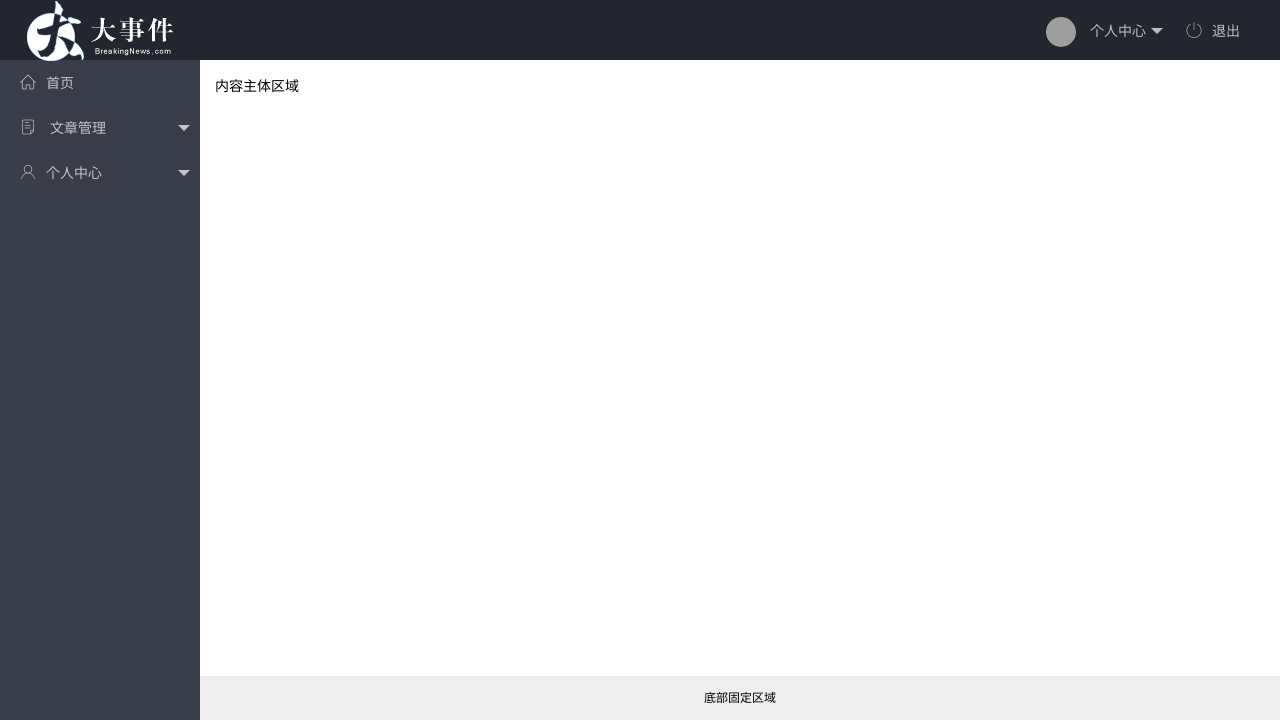
Repository: lithronmatic/web_bigbigevent
Page: index.html
The author's editor kept a copy of each file at every save. The page is drawn from the files as they stood at one save, then again after the next save.
The browser window is 1280 px wide. The pictures show the whole page.
Pictures or frames that could not be fetched are drawn as grey boxes. The page's requests for data from a server got no answer.

Above is the page before, as saved 2022-09-03 09:15:21.

### index.html
<!DOCTYPE html>
<html lang="en">

<head>
    <meta charset="UTF-8">
    <meta http-equiv="X-UA-Compatible" content="IE=edge">
    <meta name="viewport" content="width=device-width, initial-scale=1.0">
    <title>后台主页</title>
    <link rel="stylesheet" href="./assets/lib/layui/css/layui.css">
    <link rel="stylesheet" href="./assets/fonts/iconfont.css">
    <link rel="stylesheet" href="./assets/css/index.css">
</head>

<body>
    <div class="layui-layout layui-layout-admin">
        <div class="layui-header">
            <div class="layui-logo">
                <img src="./assets/images/logo.png" alt="">
            </div>
            <!-- 头部区域（可配合layui 已有的水平导航） -->
            <ul class="layui-nav layui-layout-right">
                <li class="layui-nav-item layui-hide layui-show-md-inline-block">
                    <a href="javascript:;">
                        <img src="//tva1.sinaimg.cn/crop.0.0.118.118.180/5db11ff4gw1e77d3nqrv8j203b03cweg.jpg"
                            class="layui-nav-img">
                        个人中心
                    </a>
                    <dl class="layui-nav-child">
                        <dd><a href="">基本资料</a></dd>
                        <dd><a href="">更换头像</a></dd>
                        <dd><a href="">重置密码</a></dd>
                    </dl>
                </li>
                <li class="layui-nav-item">
                    <a href="javascript:;">
                        <span class="iconfont icon-tuichu"></span>退出
                    </a>
                </li>
            </ul>
        </div>

        <div class="layui-side layui-bg-black">
            <div class="layui-side-scroll">
                <!-- 左侧导航区域（可配合layui已有的垂直导航） -->
                <ul class="layui-nav layui-nav-tree" lay-shrink="all" lay-filter="test">
                    <li class="layui-nav-item">
                        <a href="javascript:;"><span class="iconfont icon-home"></span>首页</a>
                    </li>
                    <li class="layui-nav-item">
                        <a class="" href="javascript:;"><span class="iconfont icon-16"></span>
                            文章管理
                        </a>
                        <dl class="layui-nav-child">
                            <dd><a href="javascript:;"><i class="layui-icon layui-icon-app"></i>文章类别</a></dd>
                            <dd><a href="javascript:;"><i class="layui-icon layui-icon-app"></i>文章列表</a></dd>
                            <dd><a href="javascript:;"><i class="layui-icon layui-icon-app"></i>发布文章</a></dd>
                        </dl>
                    </li>
                    <li class="layui-nav-item">
                        <a href="javascript:;"><span class="iconfont icon-user"></span>个人中心</a>
                        <dl class="layui-nav-child">
                            <dd><a href="javascript:;">基本资料</a></dd>
                            <dd><a href="javascript:;">更换头像</a></dd>
                            <dd><a href="javascript:;">重置密码</a></dd>
                        </dl>
                    </li>
                </ul>
            </div>
        </div>

        <div class="layui-body">
            <!-- 内容主体区域 -->
            <div style="padding: 15px;">内容主体区域</div>
        </div>

        <div class="layui-footer">
            <!-- 底部固定区域 -->
            底部固定区域
        </div>
    </div>

    <!-- 导入layui.js文件 -->
    <script src="./assets/lib/layui/layui.all.js"></script>
    <!-- 导入jquery -->
    <script src="./assets/lib/jquery.js"></script>
    <!-- 导入baseAPI -->
    <script src="./assets/js/baseAPI.js"></script>
    <!-- 导入自己的js -->
    <script src="./assets/js/index.js"></script>
</body>

</html>

### assets/css/index.css
/* .iconfont{
    margin-right:8px;
}

.layui-icon{
    margin-right:8px;
    margin-left:20px;
}

iframe{
    width: 100%;
    height: 100%;
}

.layui-body{
    overflow: hidden;
}

a{
    transition: none!important;
}

.userinfo{
    height:60px;
    line-height: 60px;
    text-align: center;
    border-bottom:1px solid #282b33;

}

#welcome{
    color:#fff;
    font-size: 12px;
    /* 禁止用户选中 */
    /* user-select: none;
} */

/* .layui-nav-img{
    width:40px;
    height:40px;
}

.text-avatar{
    display: inline-block;
    width: 40px;
    height:40px;
    font-size: 20px;
    background-color: #009688;
    text-align: center;
    line-height: 40px;
    border-radius: 50%;
    position:relative;
    top:4px;
    margin-right: 10px;
}  */

.layui-footer{
    text-align: center;
    font-size: 12px;
}
.iconfont{
    margin-right:10px;
}
.layui-icon{
    margin-right:10px;
}

### assets/js/baseAPI.js
// 在调用$.get()或$.post()或$.ajax()之前，都会先调用
// $.ajaxPrefilter这个函数
$.ajaxPrefilter(function(options){
    // console.log(options.url);//
    // 在发起真正的Ajax请求之前，统一拼接请求的根路径
    options.url = "http://www.liulongbin.top:3007" + options.url;
})

### assets/js/index.js
// $(function(){
//     getUserInfo();
// })

// var layer = layui.layer;
// // 获取用户的基本信息
// function getUserInfo(){
//     $.ajax({
//         method:'GET',
//         url:'/my/userinfo',
//         // headers就是请求头配置对象
//         headers:{
//             Authorization:localStorage.getItem('token') || ""
//         },
//         success:function(res){
//            if(res.status!==0){
//              return layui.layer.msg('获取用户信息失败!');
//            }
//         //调用renderAvatar 渲染用户的头像
//         renderAvatar(res.data);
//         }
//     })
// }

// // 渲染用户的头像
// function renderAvatar(user){
//     // 1.获取用户名称
//     var name = user.nickname || user.username;
//     // 2.设置欢迎的文本
//     $('#welcome').html('欢迎&nbsp;&nbsp;'+ name);
//     // 3.按需渲染用户的头像
//     if(user.user_pic!==null){
//         // 3.1渲染图片头像
//         $(".layui-nav-img").attr('src',user.user_pic).show();
//         // 让文本头像隐藏
//         $(".text-avatar").hide();
//     }else{
//         // 3.2渲染文本头像
//         // 让图片头像隐藏
//         $(".layui-nav-img").hide();
//         //渲染文本头像
//         var first = name[0].toUpperCase();
//         $(".text-avatar").html(first).show();
//     }
// }

$(function(){
    getUserInfo()

})

// 获取用户基本信息
function getUserInfo(){
    $.ajax({
        type:'GET',
        url:'/my/userinfo',
        // headers 请求头配置对象
        headers:{
            Authorization:localStorage.getItem('token')
        },
        success:function(res){
            if(res.status!=0){
                return layui.layer.msg('获取用户信息失败!')
            }
            // 调用renderAvatar渲染用户的头像
            renderAvatar(res.data)
        }
    })
}

// 渲染用户的头像
function renderAvatar(user){

}

Loaded but not shown: assets/lib/layui/css/layui.css (library); assets/fonts/iconfont.css (common file); assets/lib/layui/layui.all.js (library); assets/lib/jquery.js (library); assets/lib/layui/css/modules/laydate/default/laydate.css (library); assets/lib/layui/css/modules/layer/default/layer.css (library); assets/lib/layui/css/modules/code.css (common file)

After the next save:
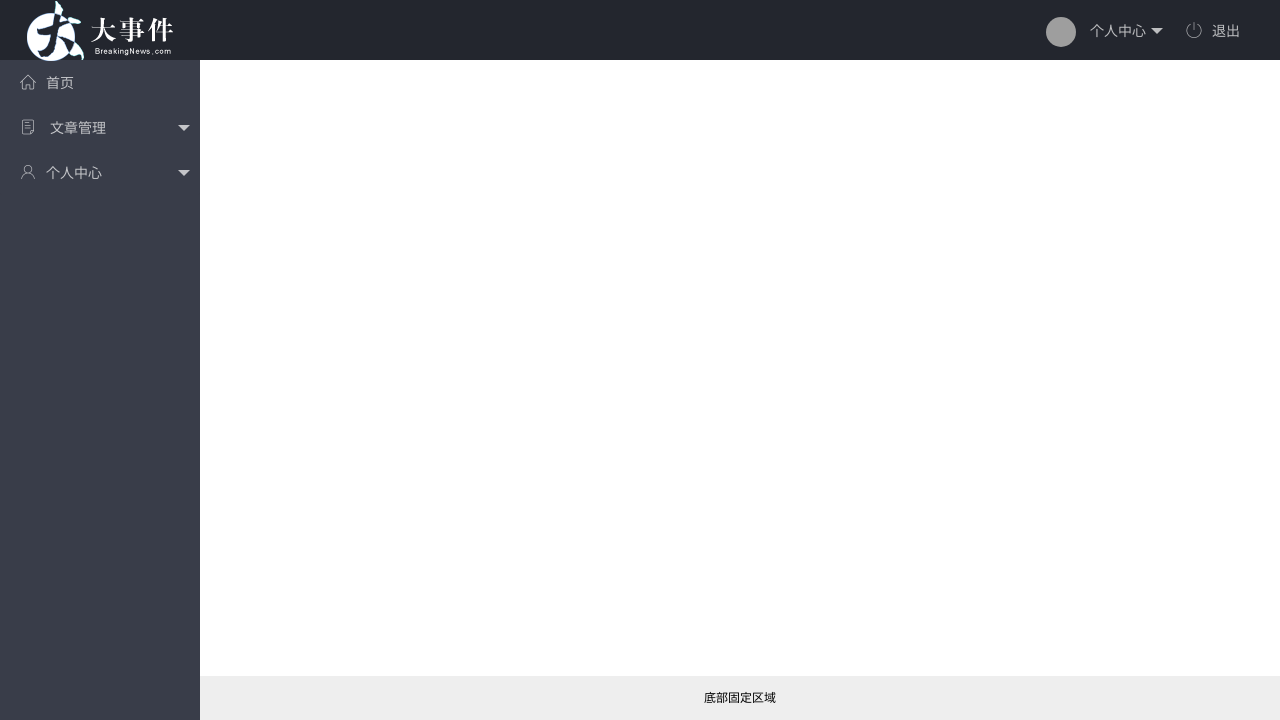
Saved 7 min 5 s later.
--- a/index.html
+++ b/index.html
@@ -69,8 +69,7 @@
         </div>
 
         <div class="layui-body">
-            <!-- 内容主体区域 -->
-            <div style="padding: 15px;">内容主体区域</div>
+
         </div>
 
         <div class="layui-footer">
